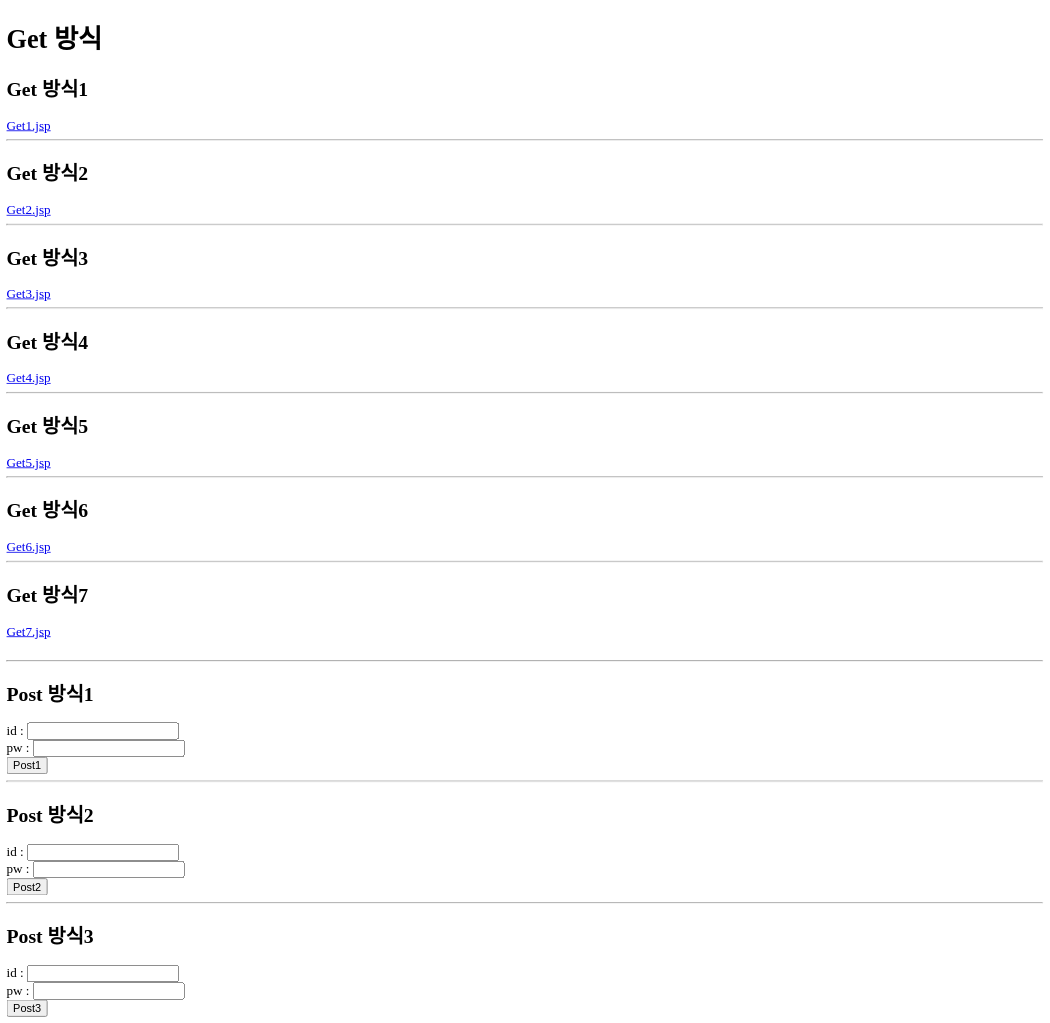
Repository: dllgkdud/pro4
Page: http://localhost/pro04/WEB-INF/views/sample/main.jsp
These files come from the project's save history. The page is drawn as it stood at one moment and after the next save; the edit follows.
The browser window is 1280 px wide. The pictures show the whole page, at 82% of full size.
The page is served by Tomcat 9. Nobody is signed in. The template is opened directly, without the code that normally fills it, so the values that code supplies are empty.

Above is the page before, as saved 2022-11-22 03:01:27.

After the next save:
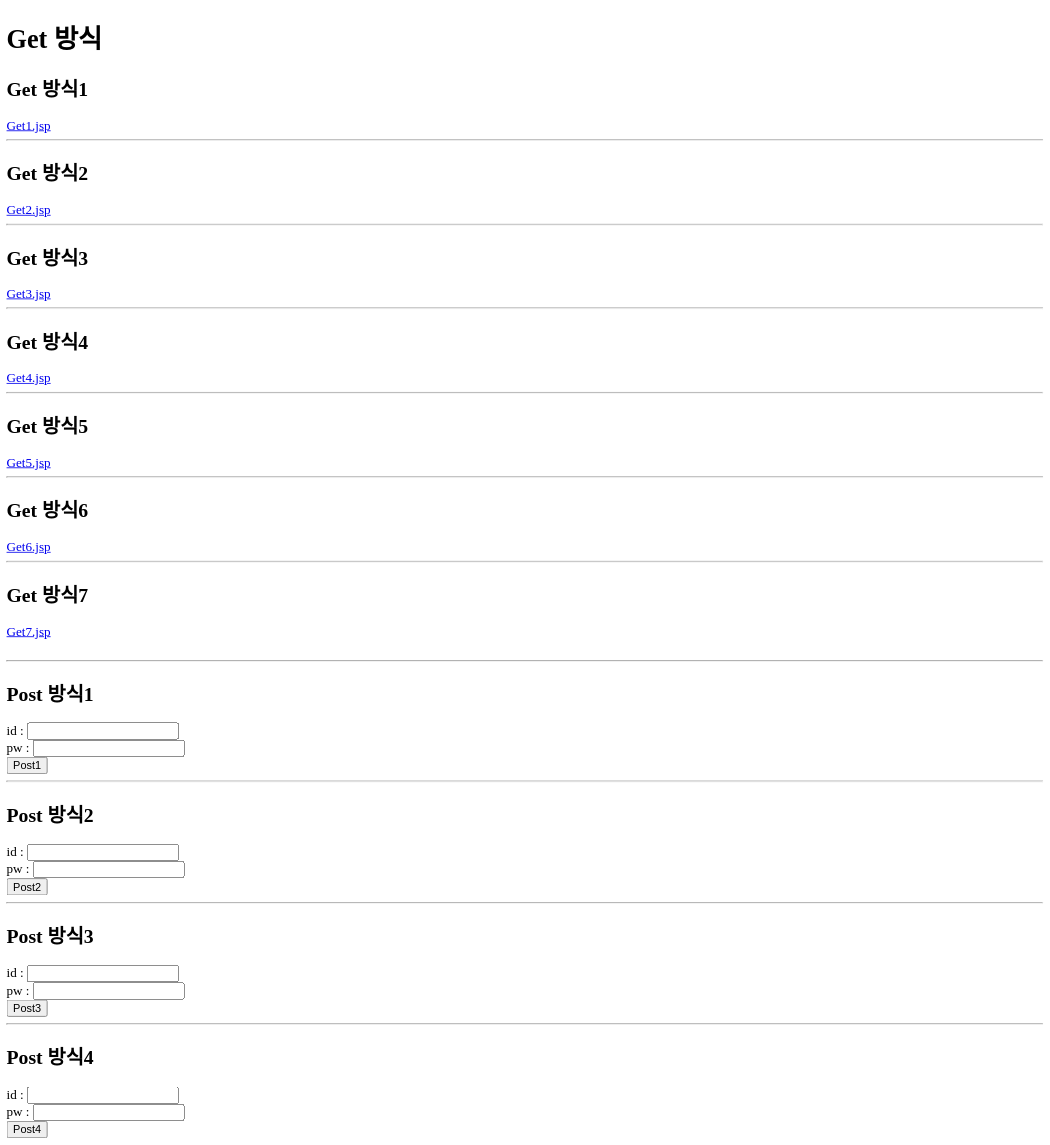
Saved 9 s later.
--- a/pro04/src/main/webapp/WEB-INF/views/sample/main.jsp
+++ b/pro04/src/main/webapp/WEB-INF/views/sample/main.jsp
@@ -74,5 +74,14 @@
 		<input type="submit" value="Post3"/>
 		</form>
 	</div>
+	<hr>
+	<h2>Post 방식4</h2>
+	<div>
+		<form action="./post4" method="post">
+		id : <input type="text" name="id" id="id" required /><br>
+		pw : <input type="password" name="pw" id="pw" required /><br>
+		<input type="submit" value="Post4"/>
+		</form>
+	</div>
 </body>
 </html>
